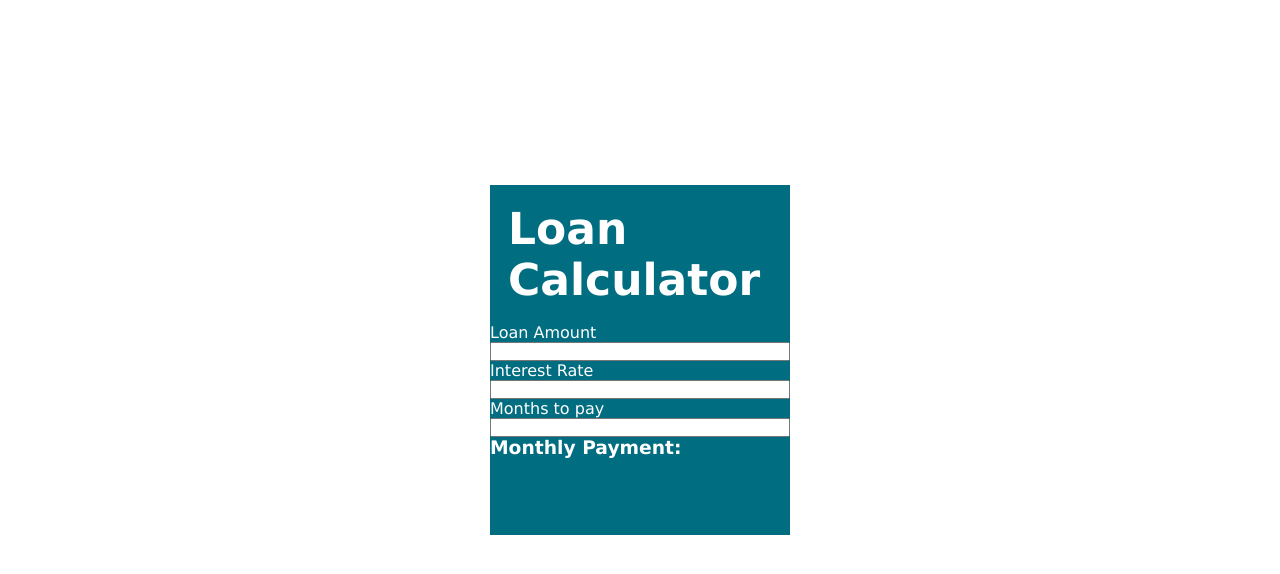
Repository: Ankitkr2021/Loan-Calculator
Page: index.html
The author's editor kept a copy of each file at every save. The page is drawn from the files as they stood at one save, then again after the next save.
The browser window is 1280 px wide. The pictures show the whole page.

Above is the page before, as saved 2025-10-28 08:51:55.

### index.html
<!DOCTYPE html>
<html lang="en">
<head>
    <meta charset="UTF-8">
    <meta name="viewport" content="width=device-width, initial-scale=1.0">
    <title>Loan Calculator</title>
    <link rel="stylesheet" href="./style.css">
</head>
<body>
    <div class="box">
        <h1>Loan Calculator</h1>
        <span>Loan Amount</span>
        <input type="number">
        <span>Interest Rate</span>
        <input type="number">
        <span>Months to pay</span>
        <input type="number">
        <h3>Monthly Payment:<span></span></h3>
    </div>
</body>
</html>

### style.css
*{
    margin: 0;
    padding: 0;
    box-sizing: border-box;
    font-family:'Lucida Sans', 'Lucida Sans Regular', 'Lucida Grande', 'Lucida Sans Unicode', Geneva, Verdana, sans-serif;
}

body{
    display: flex;
    align-items: center;
    justify-content: center;
    height: 100vh;
    width: 100%;
}

.box{
    display: flex;
    flex-direction: column;
    background: rgb(0, 109, 128);
    color: #fff;
    height: 350px;
    width: 300px;
}

h1{
    padding: 18px;
    font-size: 44px;
}

After the next save:
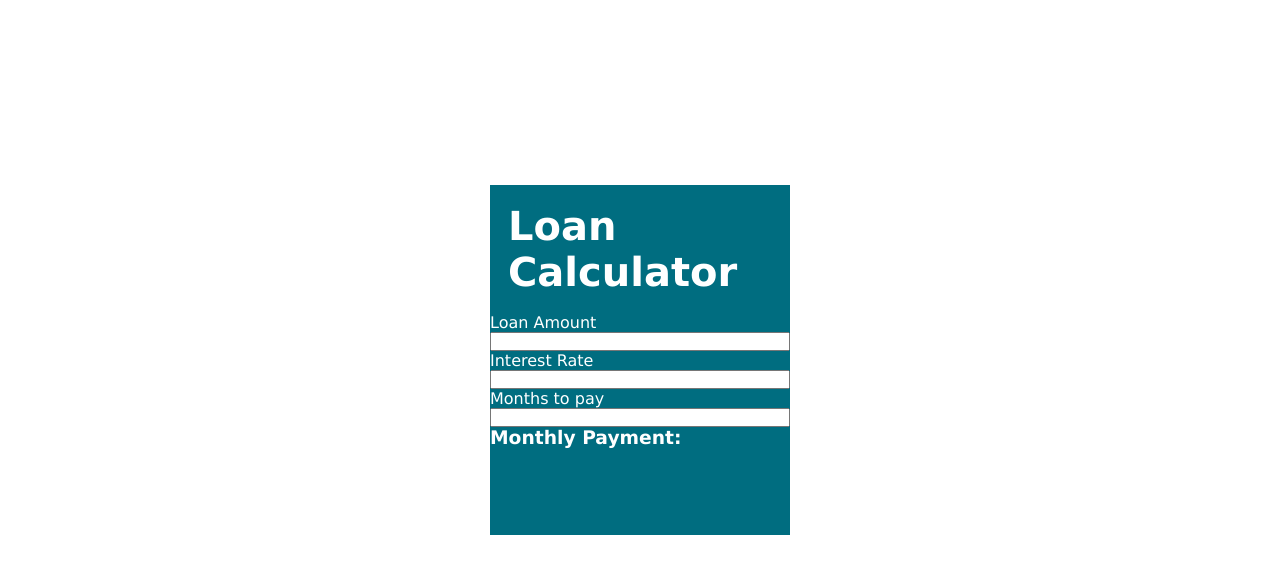
Saved 4 s later.
--- a/style.css
+++ b/style.css
@@ -24,5 +24,5 @@
 
 h1{
     padding: 18px;
-    font-size: 44px;
+    font-size: 40px;
 }
